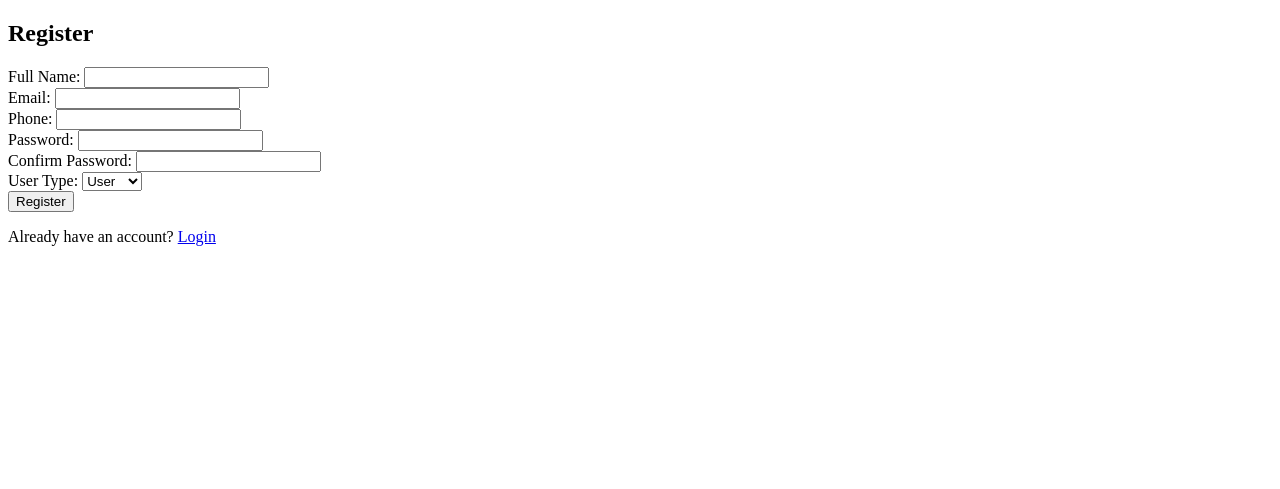
Repository: Ramaryal33/Airline-Management-System
Page: http://localhost/Airline_Management_System/register
An editor plug-in stored every save of this project. The page is shown before and after the next save, followed by the edit.
The browser window is 1280 px wide. The pictures show the whole page.
The page is served by Tomcat 10. Other server files are loaded and not shown.

Above is the page before, as saved 2025-04-18 14:12:54.

### Airline_Management_System/src/main/webapp/WEB-INF/page/register.jsp
<%@ page contentType="text/html;charset=UTF-8" language="java" %>
<!DOCTYPE html>
<html>
<head>
    <title>Register</title>
    <style>
        .error { color: red; }
        .success { color: green; }
    </style>
</head>
<body>
    <h2>Register</h2>

    <%-- Display success/error messages --%>
    <% if (request.getAttribute("error") != null) { %>
        <p class="error"><%= request.getAttribute("error") %></p>
    <% } %>
    <% if (session.getAttribute("success") != null) { %>
        <p class="success"><%= session.getAttribute("success") %></p>
        <% session.removeAttribute("success"); %>
    <% } %>

    <form method="post" action="register">
        Full Name: <input type="text" name="fullname" required><br>
        Email: <input type="email" name="email" required><br>
        Phone: <input type="tel" name="phone" required><br>
        Password: <input type="password" name="password" required><br>
        Confirm Password: <input type="password" name="confirm_password" required><br>
        User Type:
        <select name="userType" required>
            <option value="User">User</option>
            <option value="Admin">Admin</option>
            <option value="Staff">Staff</option>
        </select><br>
        <button type="submit">Register</button>
    </form>
    <p>Already have an account? <a href="login">Login</a></p>
</body>
</html>

### Airline_Management_System/src/main/java/com/airline/controller/RegisterController.java
package com.airline.controller;

import com.airline.model.User;
import com.airline.service.RegisterService;
import jakarta.servlet.*;
import jakarta.servlet.http.*;
import jakarta.servlet.annotation.*;

import java.io.IOException;
import java.util.logging.Logger;

@SuppressWarnings("serial")
@WebServlet("/register")
public class RegisterController extends HttpServlet {
    private static final Logger logger = Logger.getLogger(RegisterController.class.getName());
    private final RegisterService userService = new RegisterService();

    @Override
    protected void doPost(HttpServletRequest req, HttpServletResponse resp)
            throws ServletException, IOException {

        String fullName = req.getParameter("fullname");
        String email = req.getParameter("email").trim().toLowerCase();
        String phone = req.getParameter("phone");
        String password = req.getParameter("password");
        String confirmPassword = req.getParameter("confirm_password");






        // Basic validation
        if (fullName == null || fullName.isEmpty() ||
            email == null || email.isEmpty() ||
            phone == null || phone.isEmpty() ||
            password == null || password.isEmpty()) {

            req.setAttribute("error", "All fields are required.");
            doGet(req, resp);
            return;
        }

        if (!password.equals(confirmPassword)) {
            req.setAttribute("error", "Passwords do not match.");
            doGet(req, resp);
            return;
        }

        try {
            User user = new User(fullName, email, phone, password, confirmPassword);
            user.setUserType("User"); // default type
            user.setActive(true);

            if (userService.register(user)) {
                req.getSession().setAttribute("success", "Registration successful! Please login.");
                resp.sendRedirect(req.getContextPath() + "/login");
            } else {
                req.setAttribute("error", "Registration failed. Please try again.");
                doGet(req, resp);
            }
        } catch (Exception e) {
            logger.severe("Registration error: " + e.getMessage());
            req.setAttribute("error", "Registration error: " + e.getMessage());
            doGet(req, resp);
        }
    }

    @Override
    protected void doGet(HttpServletRequest req, HttpServletResponse resp)
            throws ServletException, IOException {


    	 String contextPath = req.getContextPath();
    	 req.setAttribute("cssPath", contextPath + "/css/register.css");

         req.setAttribute("imagepath", contextPath + "/image/login.jpg");
        req.getRequestDispatcher("/WEB-INF/page/register.jsp").forward(req, resp);
    }
}

### Airline_Management_System/src/main/webapp/css/register.css
/* Base Styles */
body {
    font-family: 'Segoe UI', Tahoma, Geneva, Verdana, sans-serif;
    background-color: #f5f5f5;
    margin: 0;
    padding: 0;
    display: flex;
    justify-content: center;
    align-items: center;
    min-height: 100vh;
    color: #333;
}

/* Container Styles */
.register-container {
    background-color: #fff;
    border-radius: 12px;
    box-shadow: 0 6px 20px rgba(0, 0, 0, 0.1);
    padding: 35px 30px;
    width: 100%;
    max-width: 480px;
    margin: 20px;
    animation: fadeIn 0.4s ease-out;
}

/* Header Styles */
.register-container h2 {
    color: #2c3e50;
    text-align: center;
    margin-bottom: 25px;
    font-size: 28px;
}

/* Form Styles */
.form-group {
    margin-bottom: 18px;
}

.form-group label {
    display: block;
    margin-bottom: 8px;
    font-weight: 600;
    color: #2c3e50;
}

.form-group input[type="text"],
.form-group input[type="email"],
.form-group input[type="tel"],
.form-group input[type="password"],
.form-group select {
    width: 100%;
    padding: 12px 15px;
    border: 1px solid #ccc;
    border-radius: 6px;
    font-size: 16px;
    transition: border-color 0.3s, box-shadow 0.3s;
    box-sizing: border-box;
    background-color: #fff;
}

.form-group input:focus,
.form-group select:focus {
    border-color: #3498db;
    outline: none;
    box-shadow: 0 0 0 3px rgba(52, 152, 219, 0.15);
}

/* Button Styles */
button[type="submit"] {
    width: 100%;
    padding: 12px;
    background-color: #3498db;
    color: #fff;
    border: none;
    border-radius: 6px;
    font-size: 16px;
    font-weight: 600;
    cursor: pointer;
    transition: background-color 0.3s ease;
}

button[type="submit"]:hover {
    background-color: #2980b9;
}

/* Message Styles */
.error,
.success {
    padding: 12px 15px;
    border-radius: 6px;
    margin-bottom: 20px;
    font-size: 15px;
    border-left: 5px solid;
}

.error {
    background-color: #fdecea;
    color: #e74c3c;
    border-color: #e74c3c;
}

.success {
    background-color: #eafaf1;
    color: #27ae60;
    border-color: #27ae60;
}

/* Link Styles */
.login-link {
    text-align: center;
    margin-top: 20px;
    color: #7f8c8d;
    font-size: 14px;
}

.login-link a {
    color: #3498db;
    text-decoration: none;
    font-weight: 500;
}

.login-link a:hover {
    text-decoration: underline;
}

/* Responsive Adjustments */
@media (max-width: 480px) {
    .register-container {
        padding: 25px 20px;
        margin: 10px;
    }

    .register-container h2 {
        font-size: 24px;
    }
}

/* Animation for better UX */
@keyframes fadeIn {
    from {
        opacity: 0;
        transform: translateY(-10px);
    }
    to {
        opacity: 1;
        transform: translateY(0);
    }
}

After the next save:
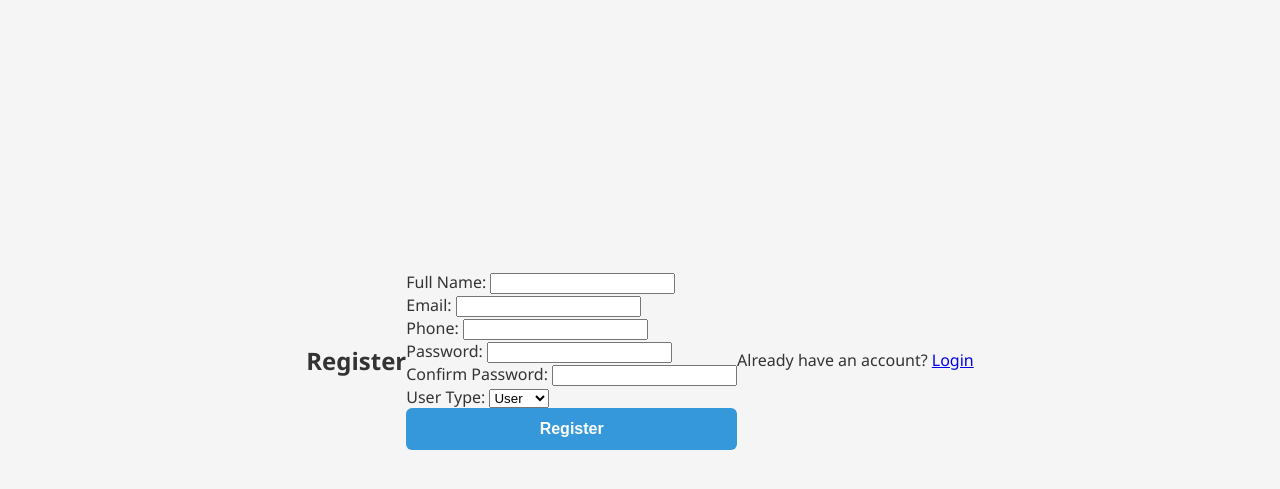
Saved 3 min 40 s later.
--- a/Airline_Management_System/src/main/webapp/WEB-INF/page/register.jsp
+++ b/Airline_Management_System/src/main/webapp/WEB-INF/page/register.jsp
@@ -2,6 +2,11 @@
 <!DOCTYPE html>
 <html>
 <head>
+<link rel="stylesheet" href="${pageContext.request.contextPath}/css/register.css">
+
+<link rel="stylesheet" href="${cssPath}">
+
+
     <title>Register</title>
     <style>
         .error { color: red; }
